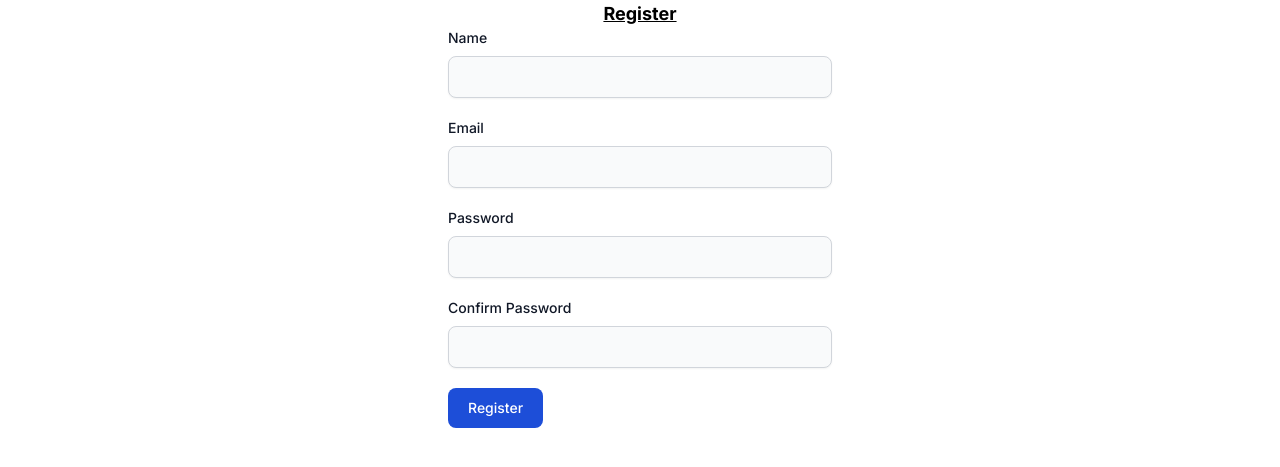
Repository: fatimash2123/next-todo
Page: /register
The author's editor kept a copy of each file at every save. The page is drawn from the files as they stood at one save, then again after the next save.
The browser window is 1280 px wide. The pictures show the whole page.
The project was rebuilt for these pictures with package versions that can differ from the ones it lists, and the page was loaded fresh each time. The framework's server and built-in components were replaced by stand-ins that run in the browser. Also part of the build but not shown: next.config.mjs.

Above is the page before, as saved 2024-02-13 13:03:44.

### app/register/page.tsx
import Input from "../../components/Input";
import Button from "../../components/Button";
import MainHeading from "../../components/MainHeading";
import registerOnServer from "@/store/authentication/register";
export default async function Register() {
  const register = async () => {
    await registerOnServer({
      name: "fatima",
      email: "fatima@gmail.com",
      password: "abc",
    });
  };

  return (
    <>
      <MainHeading title={"Register"} />
      <form className="max-w-sm mx-auto">
        <Input title={"Name"} type={"text"} name={"name"} />
        <Input title={"Email"} type={"email"} name={"email"} />
        <Input title={"Password"} type={"password"} name={"password"} />
        <Input
          title={"Confirm Password"}
          type={"password"}
          name={"cpassword"}
        />
        <Button title={"Register"} handleOnClick={register} />
      </form>
    </>
  );
}

### components/Input.tsx
interface InputProps {
  title: string;
  type: string;
  name: string;
}
export default function ({ title, type, name }: InputProps) {
  return (
    <div className="mb-5">
      <label
        htmlFor={name}
        className="block mb-2 text-sm font-medium text-gray-900 dark:text-white"
      >
        {title}
      </label>
      <input
        type={type}
        id={name}
        className="shadow-sm bg-gray-50 border border-gray-300 text-gray-900 text-sm rounded-lg focus:ring-blue-500 focus:border-blue-500 block w-full p-2.5 dark:bg-gray-700 dark:border-gray-600 dark:placeholder-gray-400 dark:text-white dark:focus:ring-blue-500 dark:focus:border-blue-500 dark:shadow-sm-light"
        required
      />
    </div>
  );
}

### components/Button.tsx
"use client";
interface ButtonProps {
  title: string;
  handleOnClick: () => void;
}

const Button = ({ title, handleOnClick }: ButtonProps) => {
  return (
    <button
      type="submit"
      className="text-white bg-blue-700 hover:bg-blue-800 focus:ring-4 focus:outline-none focus:ring-blue-300 font-medium rounded-lg text-sm px-5 py-2.5 text-center dark:bg-blue-600 dark:hover:bg-blue-700 dark:focus:ring-blue-800"
      onClick={handleOnClick}
    >
      {title}
    </button>
  );
};

export default Button;

### components/MainHeading.tsx
interface MainHeadingProps {
  title: string;
}

export default function ({ title }: MainHeadingProps) {
  return (
    <h1 className="font-bold text-lg text-center text-3xl underline">
      {title}
    </h1>
  );
}

### store/authentication/register.tsx
interface RegisterUser {
  name: string;
  email: String;
  password: string;
}
async function registerOnServer({ name, email, password }: RegisterUser) {
  const body: RegisterUser = {
    name,
    email,
    password,
  };
  const data = await fetch("/register", {
    method: "POST",
    headers: {
      "Content-Type": "application/json",
    },
    body: JSON.stringify(body),
  });
  console.log("register response=", registerOnServer);
}

export default registerOnServer;

### tailwind.config.js
/** @type {import('tailwindcss').Config} */
module.exports = {
  content: [
    "./app/**/*.{js,ts,jsx,tsx,mdx}",
    "./components/**/*.{js,ts,jsx,tsx,mdx}",
  ],
  theme: {
    extend: {},
  },
  plugins: [],
}

Loaded but not shown: app/layout.tsx (common file); app/globals.css (common file)

After the next save:
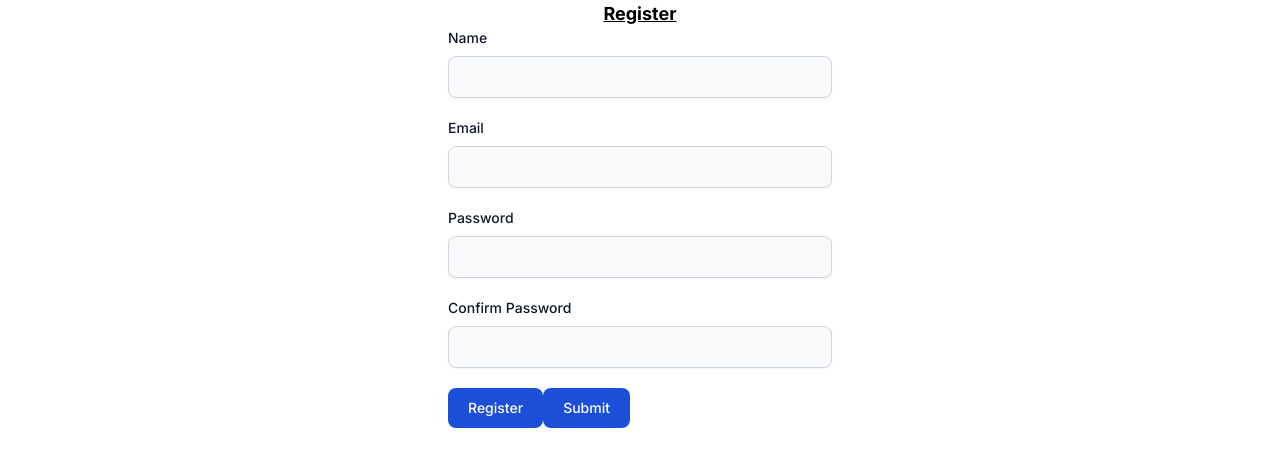
Saved 112 s later.
--- a/app/register/page.tsx
+++ b/app/register/page.tsx
@@ -24,6 +24,13 @@ export default async function Register() {
           name={"cpassword"}
         />
         <Button title={"Register"} handleOnClick={register} />
+        <button
+          type="submit"
+          className="text-white bg-blue-700 hover:bg-blue-800 focus:ring-4 focus:outline-none focus:ring-blue-300 font-medium rounded-lg text-sm px-5 py-2.5 text-center dark:bg-blue-600 dark:hover:bg-blue-700 dark:focus:ring-blue-800"
+          onClick={register}
+        >
+          Submit
+        </button>
       </form>
     </>
   );
